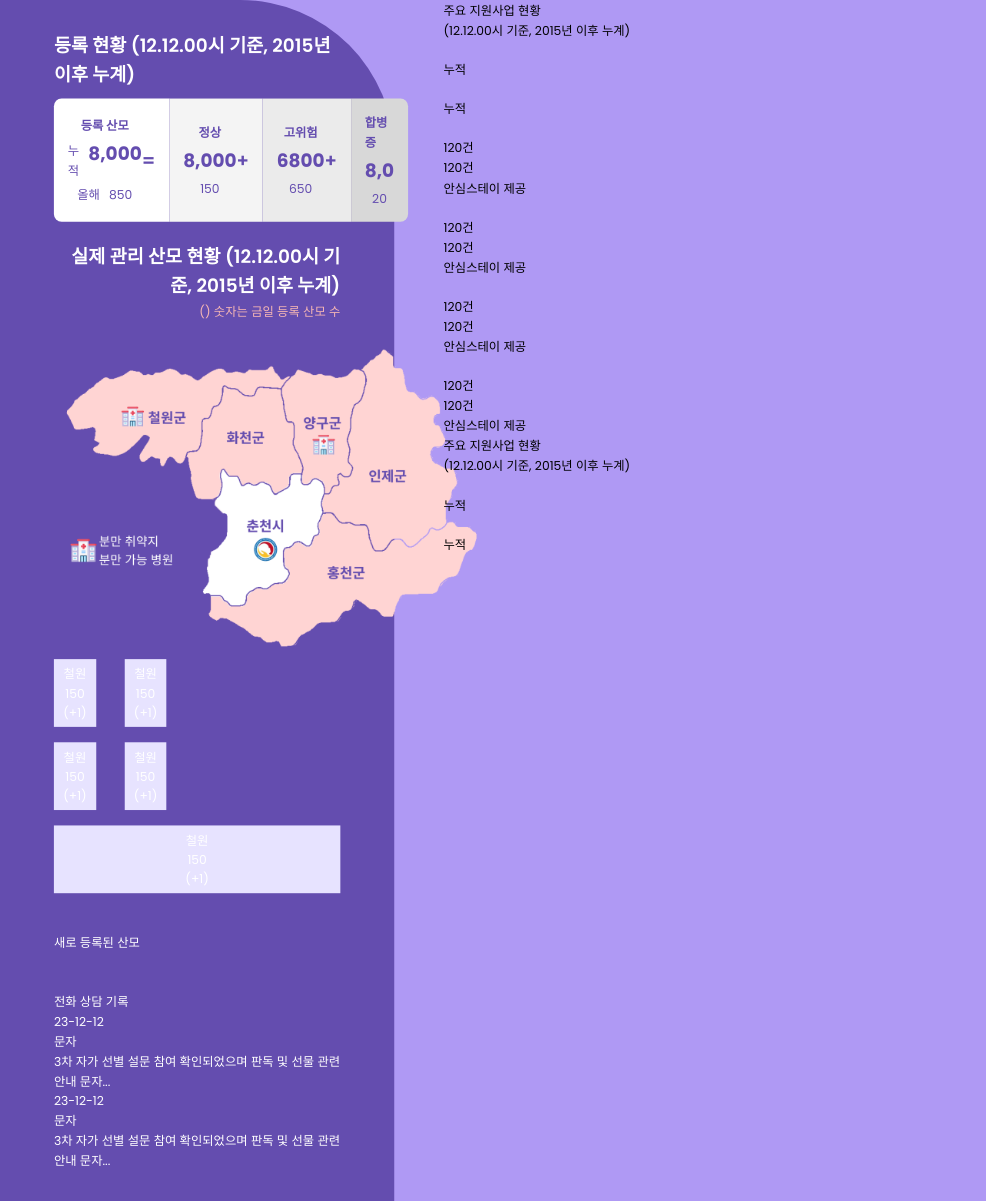
Repository: giapchicuong/Perganancy_Web
Page: index.html
These files come from the project's save history. The page is drawn as it stood at one moment and after the next save; the edit follows.
The browser window is 1280 px wide. The pictures show the whole page, at 77% of full size.

Above is the page before, as saved 2024-03-06 17:43:06.

After the next save:
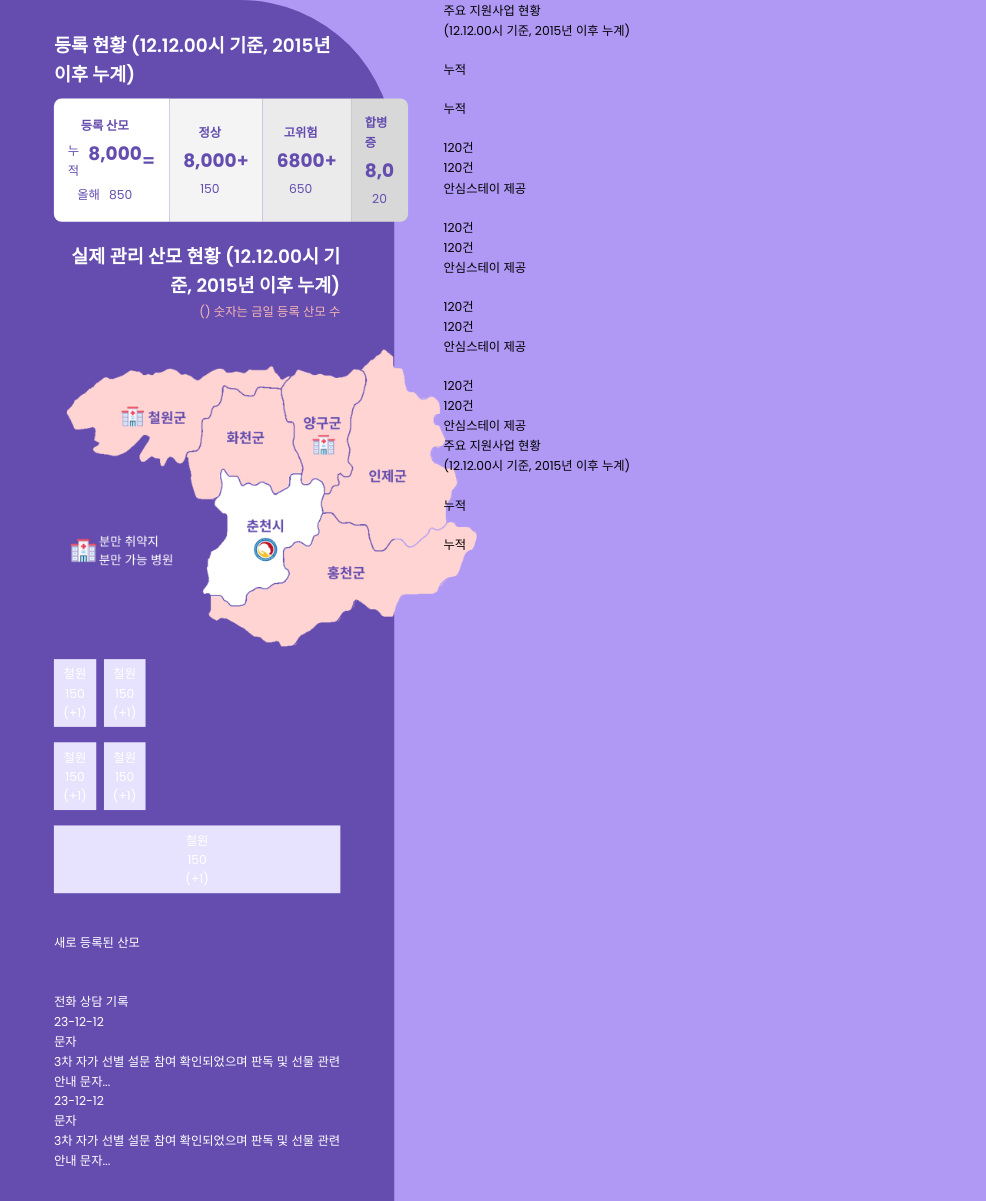
Saved 15 s later.
--- a/assets/style.css
+++ b/assets/style.css
@@ -120,7 +120,7 @@
 }
 .advertising-left__map-item-list-top, .advertising-left__map-item-list-center, .advertising-left__map-item-list-bottom{
     display: flex;
-    gap: 10%;
+    gap: 10px;
 
 }
 .advertising-left__map-item {
